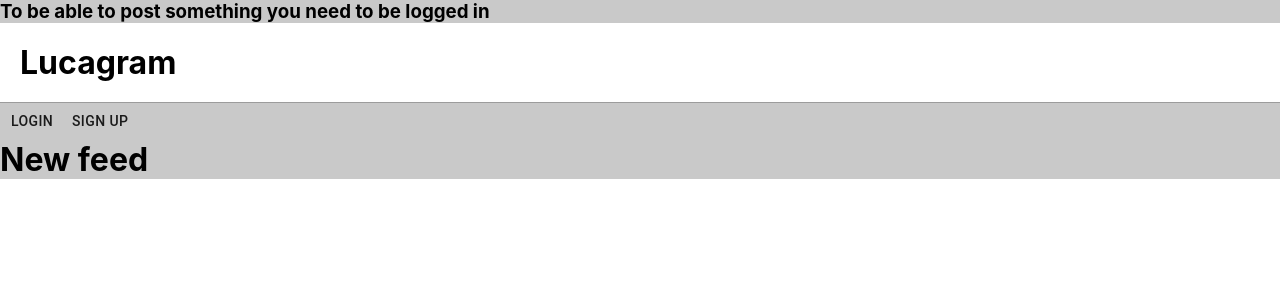
Repository: SerbanLuca/Instagram-clone
Page: /
The author's editor kept a copy of each file at every save. The page is drawn from the files as they stood at one save, then again after the next save.
The browser window is 1280 px wide. The pictures show the whole page.
The page's requests for data from a server got no answer. The project was rebuilt for these pictures with package versions that can differ from the ones it lists, and the page was loaded fresh each time. No one was signed in, and anything a server would have sent is missing. Also part of the build but not shown: src/components/Post.css, src/components/Post.js, src/components/ImageUpload.js.

Above is the page before, as saved 2021-05-24 23:09:20.

### src/App.js
import './App.css';
import Post from './components/Post'
import React, {useState, useEffect} from 'react'
import {auth, db} from './firebase'
import { makeStyles } from '@material-ui/core/styles';
import Modal from '@material-ui/core/Modal';
import { Button, Input } from '@material-ui/core';
import ImageUpload from './components/ImageUpload';

function getModalStyle() {
  const top = 50;
  const left = 50;

  return {
    top: `${top}%`,
    left: `${left}%`,
    transform: `translate(-${top}%, -${left}%)`,
  };
}

const useStyles = makeStyles((theme) => ({
  paper: {
    position: 'absolute',
    width: 400,
    backgroundColor: theme.palette.background.paper,
    border: '2px solid #000',
    boxShadow: theme.shadows[5],
    padding: theme.spacing(2, 4, 3),
  },
}));


function App() {
  const classes = useStyles();
  const [posts, setPosts] = useState([])
  const [open, setOpen] = useState(false)
  const [modalStyle] = useState(getModalStyle);
  const [username, setUsername] = useState('');
  const [email, setEmail] = useState('')
  const [password, setPassword] = useState('')
  const [user, setUser] = useState(null)
  const [openSignIn, setOpenSignIn] = useState(false)

  useEffect(() => {
    const unsubscribe = auth.onAuthStateChanged((authUser) => {
      if(authUser){
        //user has logged in
        console.log(authUser)
        setUser(authUser)
      }
      else{
        //the user has logged out
        setUser(null)
      }
    })
    return () => {
      unsubscribe()
    }
  },[user, username])

  useEffect(() => {
    db.collection('posts').orderBy('timestamp','desc').onSnapshot(snapshot => {
      setPosts(snapshot.docs.map(doc => ({
        id: doc.id,
        post: doc.data()})))
    })
  },[])

  const signUp = (event) => {
    event.preventDefault();
    auth.createUserWithEmailAndPassword(email, password)
    .then((authUser) => {
      return authUser.user.updateProfile({
        displayName: username
      })
    })
    .catch((error) => alert(error.message))
    setOpen(false)
  }

  const signIn = (event) => {
    event.preventDefault();
    auth.signInWithEmailAndPassword(email, password)
    .catch((error) => alert(error.message))
    setOpenSignIn(false)
  }


  return (
    <div className="app">

      {user?.displayName ? (
          <ImageUpload username={user.displayName}/>
      ):(
        <h3>To be able to post something you need to be logged in</h3>
      ) }
      <Modal
        open={open}
        onClose={() => setOpen(false)}
      >
        <div style={modalStyle} className={classes.paper}>
          <form className='app__signup'>
            <center>
              <img src='https://cdn.shopify.com/s/files/1/0249/5892/6941/products/stickerirononInstagram-Logo_3840x.png?v=1615134485' alt='' className='app__headerImage'/>
              <Input placeholder='username' type='text' value={username} onChange={(e) => setUsername(e.target.value)} />
              <Input placeholder='email' type='text' value={email} onChange={(e) => setEmail(e.target.value)} />
              <Input placeholder='password' type='password' value={password} onChange={(e) => setPassword(e.target.value)} />
              <Button onClick={signUp}>Sign Up</Button>
            </center>
          </form>
        </div>
      </Modal>
      <Modal
        open={openSignIn}
        onClose={() => setOpenSignIn(false)}
        className='app__modal'
      >
        <div style={modalStyle} className={classes.paper}>
          <form className='app__signup'>
            <center>
              <img src='https://cdn.shopify.com/s/files/1/0249/5892/6941/products/stickerirononInstagram-Logo_3840x.png?v=1615134485' alt='' className='app__headerImage'/>
              <Input placeholder='email' type='text' value={email} onChange={(e) => setEmail(e.target.value)} />
              <Input placeholder='password' type='password' value={password} onChange={(e) => setPassword(e.target.value)} />
              <Button onClick={signIn}>Sign In</Button>
            </center>
          </form>
        </div>
      </Modal>

      <div className='app__header'>
          <h1>Lucagram</h1>
      </div>

      {user ? (
          <Button type='submit'onClick={() => auth.signOut()}>Logout</Button>
      ): (
          <div className='app__loginContainer'>
              <Button type='submit'onClick={() => setOpenSignIn(true)}>Login</Button>
              <Button type='submit'onClick={() => setOpen(true)}>Sign Up</Button>
          </div>
      )}
      <h1>New feed</h1>
      {
        posts.map(({id, post}) => (
          <Post key={id} postId={id} user={user} username={post.username} caption={post.caption} imageURL={post.imageURL}/>
        ))
      }
    </div>
  );
}

export default App;

### src/App.css
*{
  margin: 0;
  padding: 0;
  box-sizing: border-box;
}

.app
{
  background-color: rgb(201, 201, 201);
}

.app__header
{
  object-fit: contain;
  background-color: white;
  padding: 20px;
  border-bottom: 1px solid rgb(156, 156, 156);
}

.app__headerImage
{
  width: 100px;
}

.app__signup
{
  display: flex;
  flex-direction: column;
}

.app__modal
{
  object-fit: contain;
}

### src/firebase.js
import firebase from 'firebase'

const firebaseApp = firebase.initializeApp({
    apiKey: "AIzaSyBBV2L8xdR2OBDhyUxoTk0fx6Mlwqrt58o",
    authDomain: "instagram-d-55073.firebaseapp.com",
    projectId: "instagram-d-55073",
    storageBucket: "instagram-d-55073.appspot.com",
    messagingSenderId: "330192141086",
    appId: "1:330192141086:web:c664c103389e5e3316270f"
});

const db = firebaseApp.firestore()
const auth = firebase.auth()
const storage = firebase.storage()

export {db, auth, storage}

Loaded but not shown: public/index.html (common file); src/index.js (common file); src/index.css (common file); src/components/ImageUpload.css (no stored copy; drawn as an empty file)

After the next save:
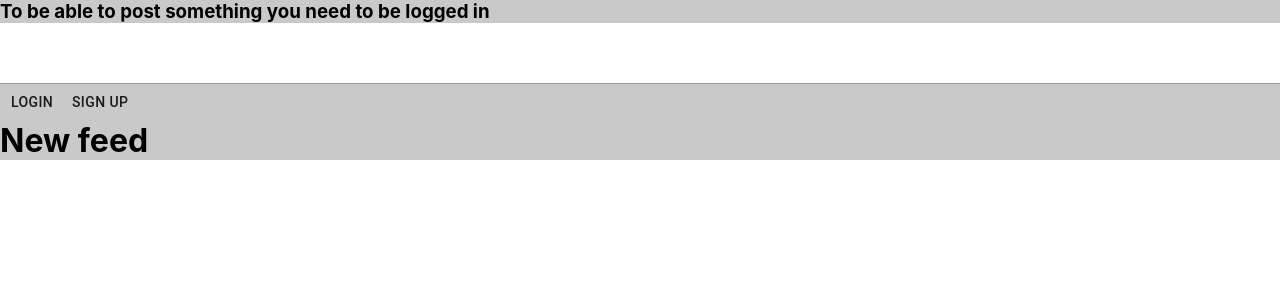
Not found: images/lucagram.png
Saved 76 s later.
--- a/src/App.js
+++ b/src/App.js
@@ -128,7 +128,7 @@ function App() {
       </Modal>
 
       <div className='app__header'>
-          <h1>Lucagram</h1>
+          <img className='app__headerImage' src='./images/lucagram.png' alt=''/>
       </div>
 
       {user ? (
